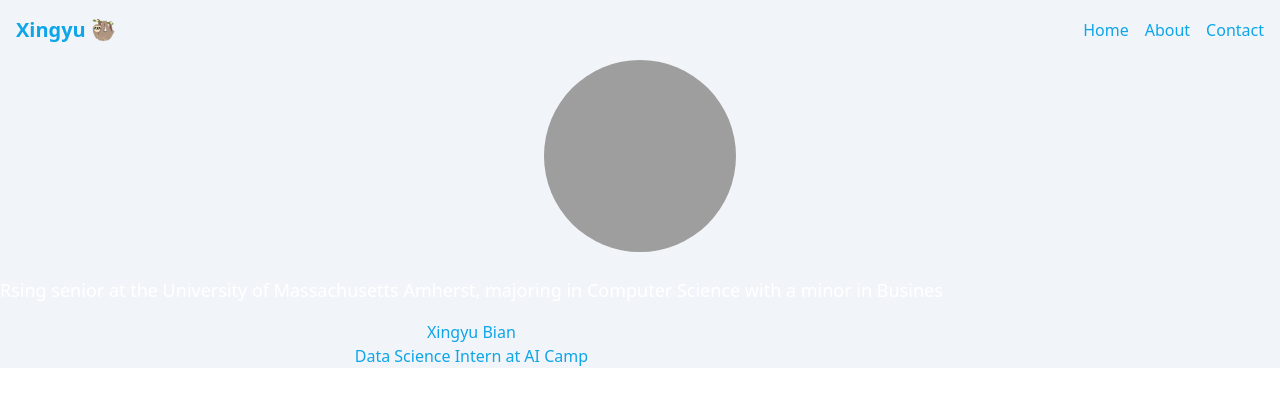
Repository: therealcyberlord/personal-portfolio
Page: /
The author's editor kept a copy of each file at every save. The page is drawn from the files as they stood at one save, then again after the next save.
The browser window is 1280 px wide. The pictures show the whole page.
Pictures or frames that could not be fetched are drawn as grey boxes. The project was rebuilt for these pictures with package versions that can differ from the ones it lists, and the page was loaded fresh each time. Also part of the build but not shown: vite.config.ts, src/pages/About.tsx, src/pages/Contact.tsx.

Above is the page before, as saved 2023-07-22 23:19:36.

### src/App.tsx
import { BrowserRouter as Router, Routes, Route } from "react-router-dom";
import Home from "./pages/Home";
import About from "./pages/About";
import Contact from "./pages/Contact";
import Navbar from "./components/Nav";

function App() {
  return (
    <div className="bg-slate-100 dark:bg-slate-800">
      <Router>
        <Navbar />

        <Routes>
          <Route path="/" element={<Home />} />
          <Route path="/about" element={<About />} />
          <Route path="/contact" element={<Contact />} />
        </Routes>
      </Router>
    </div>
  );
}

export default App;

### src/pages/Home.tsx
import Profile from "../components/Profile";

// home page
const Home = () => {
  return (
    <Profile
      name="Xingyu Bian"
      description="Rising senior at the University of Massachusetts Amherst, majoring in Computer Science with a minor in Business. Experienced in AI/ML and web development. Passionate about leveraging machine learning, particularly large language models (LLMs), to tackle complex problems. Currently seeking new grad positions."
      img_path="https://avatars.githubusercontent.com/u/30872286?v=4"
      role="Data Science Intern at AI Camp"
    />
  );
};

export default Home;

### src/components/Nav.tsx
import { Link } from "react-router-dom";

const Navbar = () => {
  return (
    <nav className="p-4">
      <div className="flex justify-between items-center">
        <div className="text-sky-500 dark:text-sky-400 font-bold text-xl">
          Xingyu 🦥
        </div>
        <ul className="flex space-x-4">
          <li>
            <Link
              to="/"
              className="text-sky-500 dark:text-sky-400 hover:text-blue-200 dark:hover:text-blue-200 transition duration-300"
            >
              Home
            </Link>
          </li>
          <li>
            <Link
              to="/about"
              className="text-sky-500 dark:text-sky-400 hover:text-blue-200 dark:hover:text-blue-200 transition duration-300"
            >
              About
            </Link>
          </li>
          <li>
            <Link
              to="/contact"
              className="text-sky-500 dark:text-sky-400 hover:text-blue-200 dark:hover:text-blue-200 transition duration-300"
            >
              Contact
            </Link>
          </li>
        </ul>
      </div>
    </nav>
  );
};

export default Navbar;

### src/components/Profile.tsx
import React, { useState, useEffect } from "react";

interface ProfileProps {
  name: string;
  description: string;
  img_path: string;
  role: string;
}

const Profile: React.FC<ProfileProps> = ({
  name,
  description,
  img_path,
  role,
}) => {
  const [typedText, setTypedText] = useState("");

  useEffect(() => {
    let currentIndex = 0;
    const intervalId = setInterval(() => {
      if (currentIndex < description.length) {
        setTypedText((prevText) => prevText + description[currentIndex]);
        currentIndex++;
      } else {
        clearInterval(intervalId);
      }
    }, 50);

    return () => {
      clearInterval(intervalId);
    };
  }, [description]);

  return (
    <>
      <img
        className="w-48 h-48 rounded-full mx-auto"
        src={img_path}
        alt="Xingyu's profile picture"
        width="384"
        height="512"
      />
      <figure className="md:flex">
        <div className="pt-6 text-center space-y-4">
          <blockquote>
            <p className="text-lg font-sm text-white ">{typedText}</p>
          </blockquote>
          <figcaption className="font-medium">
            <div className="text-sky-500 dark:text-sky-400 font-sans">
              {name}
            </div>
            <div className="text-sky-500 dark:text-sky-400 font-sans">
              {role}
            </div>
          </figcaption>
        </div>
      </figure>
    </>
  );
};

export default Profile;

### tailwind.config.js
/** @type {import('tailwindcss').Config} */

export default {
  content: ["./index.html", "./src/**/*.{js,ts,jsx,tsx}"],
  theme: {
    extend: {
      colors: {
        primary: "#202225",
        secondary: "#5865f2",
      },
    },
  },
  plugins: [],
};

Loaded but not shown: src/main.tsx (common file); src/index.css (common file)

After the next save:
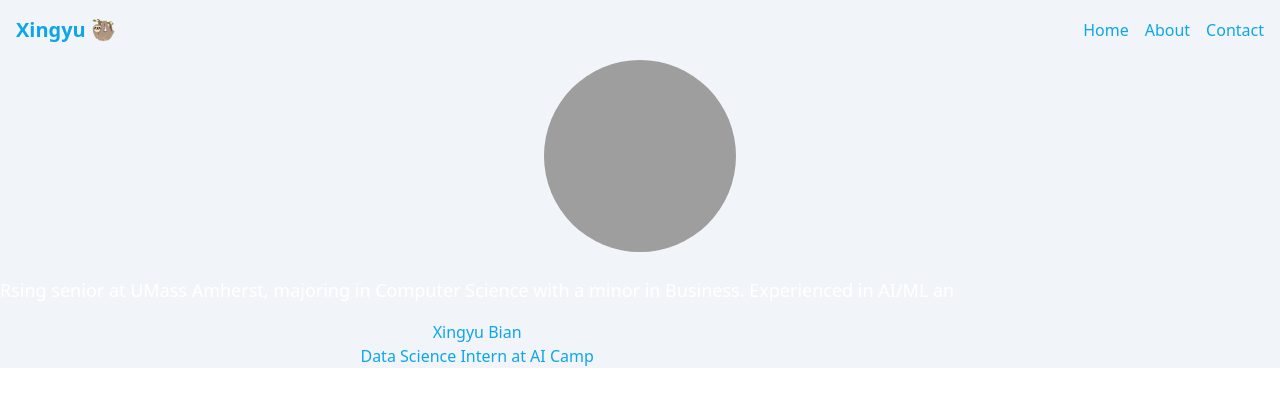
Saved 75 s later.
--- a/src/pages/Home.tsx
+++ b/src/pages/Home.tsx
@@ -5,7 +5,7 @@ const Home = () => {
   return (
     <Profile
       name="Xingyu Bian"
-      description="Rising senior at the University of Massachusetts Amherst, majoring in Computer Science with a minor in Business. Experienced in AI/ML and web development. Passionate about leveraging machine learning, particularly large language models (LLMs), to tackle complex problems. Currently seeking new grad positions."
+      description="Rising senior at UMass Amherst, majoring in Computer Science with a minor in Business. Experienced in AI/ML and web development. Passionate about leveraging machine learning, particularly large language models (LLMs), to tackle complex problems."
       img_path="https://avatars.githubusercontent.com/u/30872286?v=4"
       role="Data Science Intern at AI Camp"
     />
